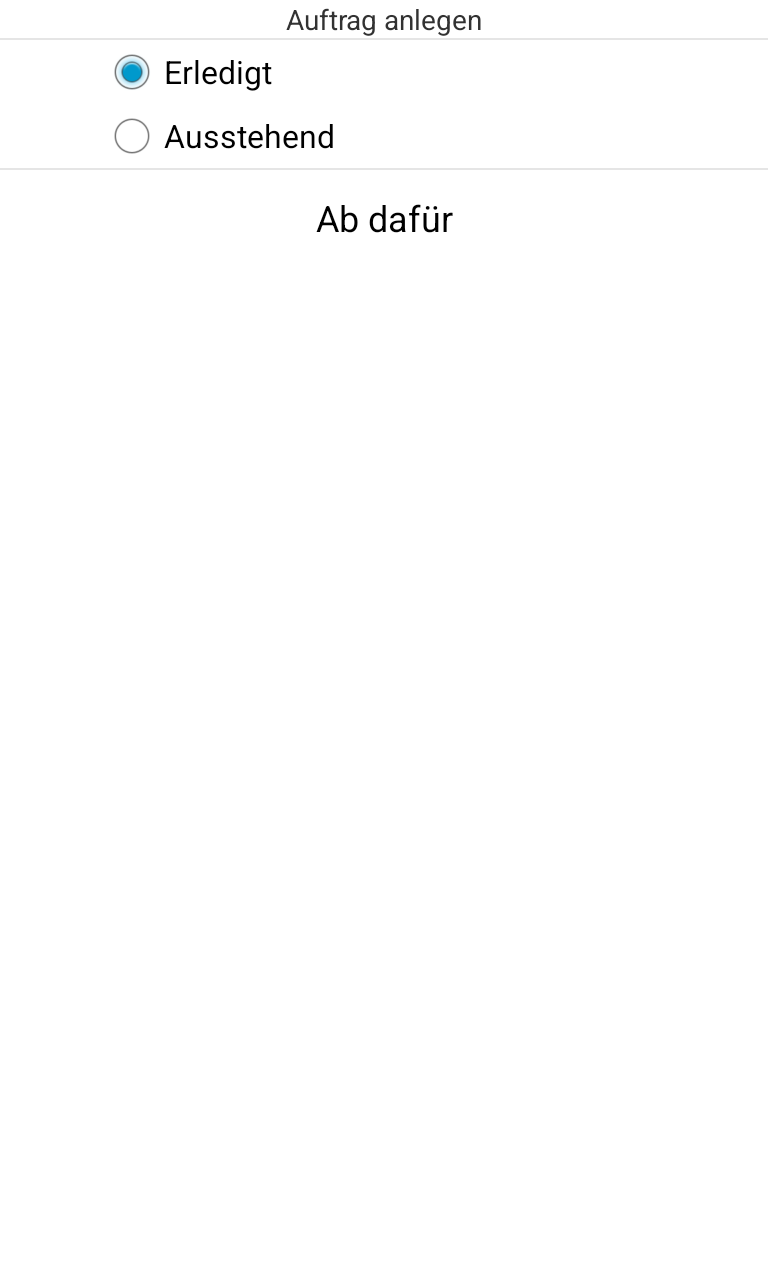
Repository: VroniZinsser/Kurierdienst
Layout: KurierdienstVroni/res/layout/activity_manager.xml
These files come from the project's save history. The layout is drawn as it stood at one moment and after the next save; the edit follows.
It is drawn on a 768 x 1280 px phone screen (xhdpi) without system bars, with theme AppTheme; the app's code is not run. The app's manifest (not shown) leaves right-to-left support off. So textAlignment, textDirection and layoutDirection are ignored, and left and right values win over start and end ones.

Above is the layout before, as saved 2014-07-16 08:55:42.

### KurierdienstVroni/res/layout/activity_manager.xml
<?xml version="1.0" encoding="utf-8"?>

<LinearLayout xmlns:android="http://schemas.android.com/apk/res/android"
    android:layout_width="match_parent"
    android:layout_height="match_parent"
    android:divider="?android:attr/listDivider"
    android:orientation="vertical"
    android:showDividers="middle" >

    <TextView
        android:id="@+id/evening_plan"
        android:layout_width="match_parent"
        android:layout_height="wrap_content"
        android:gravity="center_vertical|center_horizontal"
        android:text="@string/anlegen_text" />

    <RadioGroup
        android:id="@+id/choose_pre_drinks"
        android:layout_width="wrap_content"
        android:layout_height="wrap_content" >

        <RadioButton
            android:id="@+id/public_pre_drinks"
            android:layout_width="wrap_content"
            android:layout_height="wrap_content"
            android:layout_marginLeft="50dp"
            android:checked="true"
            android:text="@string/erledigt" />

        <RadioButton
            android:id="@+id/private_pre_drinks"
            android:layout_width="wrap_content"
            android:layout_height="wrap_content"
            android:layout_marginLeft="50dp"
            android:text="@string/ausstehend" />

    </RadioGroup>

    <LinearLayout
        android:layout_width="match_parent"
        android:layout_height="wrap_content"
        android:orientation="horizontal"
        android:gravity="center_vertical|center_horizontal" >

        <Button
            android:id="@+id/lets_go"
            android:layout_width="match_parent"
            android:layout_height="match_parent"
            android:layout_gravity="center_vertical|center_horizontal"
            android:background="@android:drawable/list_selector_background"
            android:gravity="center_vertical|center_horizontal"
            android:text="@string/anlegen"
            android:textAlignment="center" />
    </LinearLayout>

</LinearLayout>

### KurierdienstVroni/res/values/strings.xml
<?xml version="1.0" encoding="utf-8"?>
<resources>

    <string name="app_name">Kurierdienst</string>
    <string name="action_settings">Settings</string>
    <string name="anlegen_text">Auftrag anlegen</string>
    <string name="erledigt">Erledigt</string>
    <string name="ausstehend">Ausstehend</string>
    <string name="anlegen">Ab dafür</string>

</resources>

Loaded but not shown: KurierdienstVroni/res/values/styles.xml (common file); KurierdienstVroni/res/values-v11/styles.xml (common file); KurierdienstVroni/res/values-v14/styles.xml (common file)

After the next save:
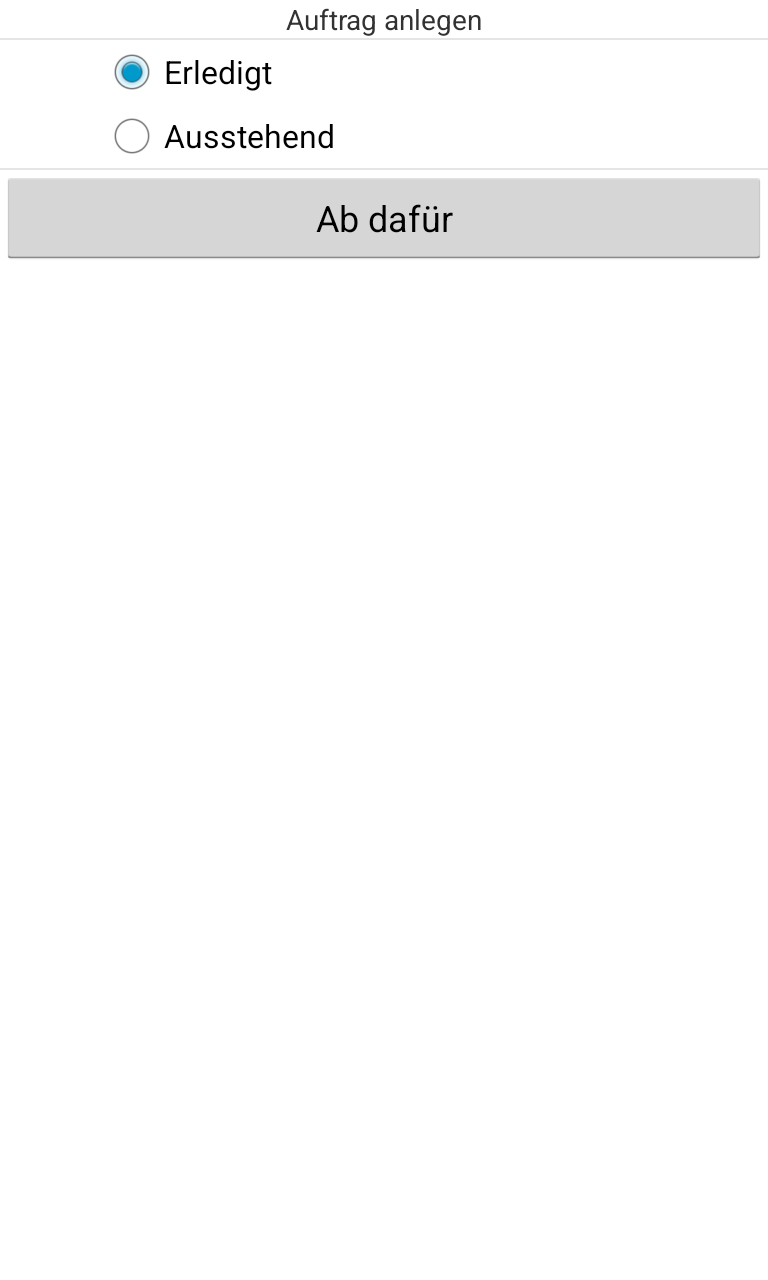
Saved 47 s later.
--- a/KurierdienstVroni/res/layout/activity_manager.xml
+++ b/KurierdienstVroni/res/layout/activity_manager.xml
@@ -47,7 +47,6 @@
             android:layout_width="match_parent"
             android:layout_height="match_parent"
             android:layout_gravity="center_vertical|center_horizontal"
-            android:background="@android:drawable/list_selector_background"
             android:gravity="center_vertical|center_horizontal"
             android:text="@string/anlegen"
             android:textAlignment="center" />
